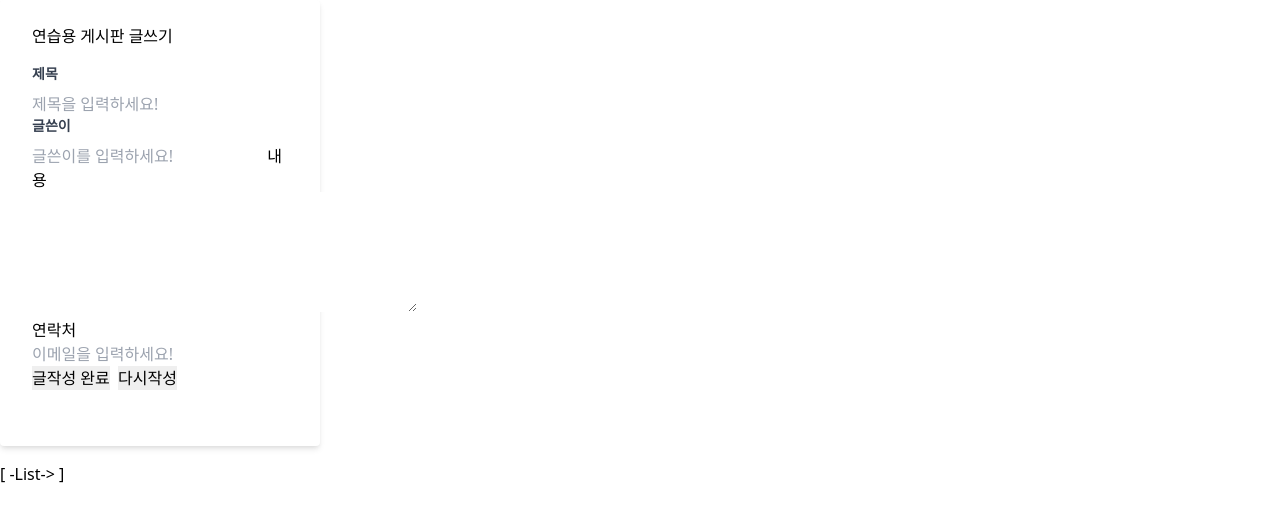
Repository: k0603156/JAVA
Page: http://localhost/StartBoard/test.do?myName=Kimyongkuk
These files come from the project's save history. The page is drawn as it stood at one moment and after the next save; the edit follows.
The browser window is 1280 px wide. The pictures show the whole page.
The page is served by Tomcat 9.

Above is the page before, as saved 2020-03-12 08:01:51.

After the next save:
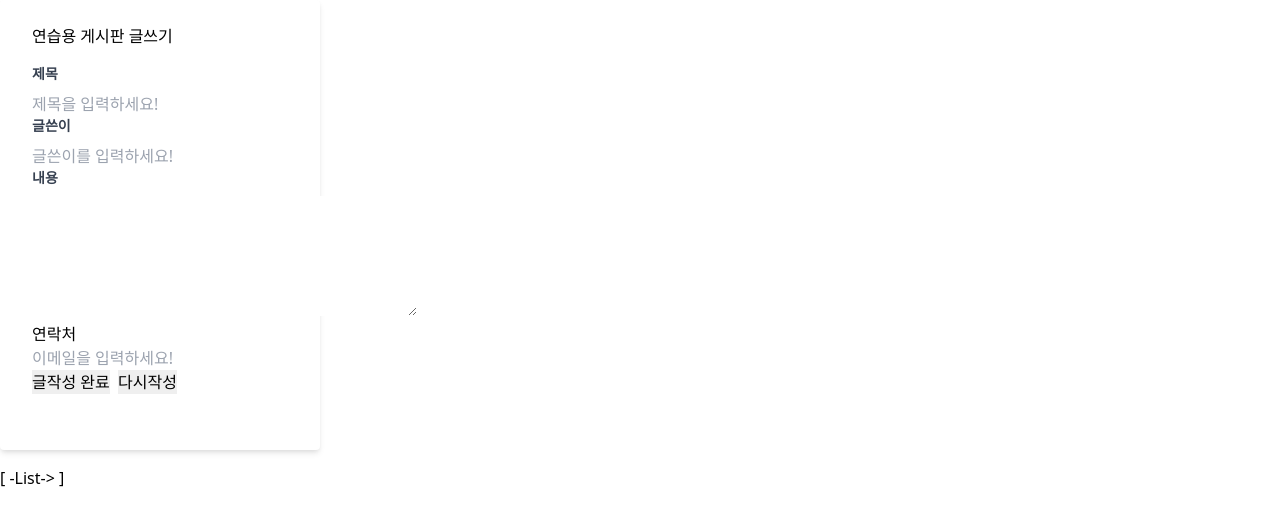
Saved 8 s later.
--- a/SERVLET/workspace/StartBoard/WebContent/index.jsp
+++ b/SERVLET/workspace/StartBoard/WebContent/index.jsp
@@ -24,7 +24,7 @@
 			<input type="text" placeholder="글쓴이를 입력하세요!" name="author" required>
 		</tr>
 		<tr>
-			<td>내용</td>
+		<label class="block text-gray-700 text-sm font-bold mb-2" for="author">내용</label>
 			<td><textarea cols="40" rows="5" name="content"></textarea></td>
 		</tr>
 		<tr>
